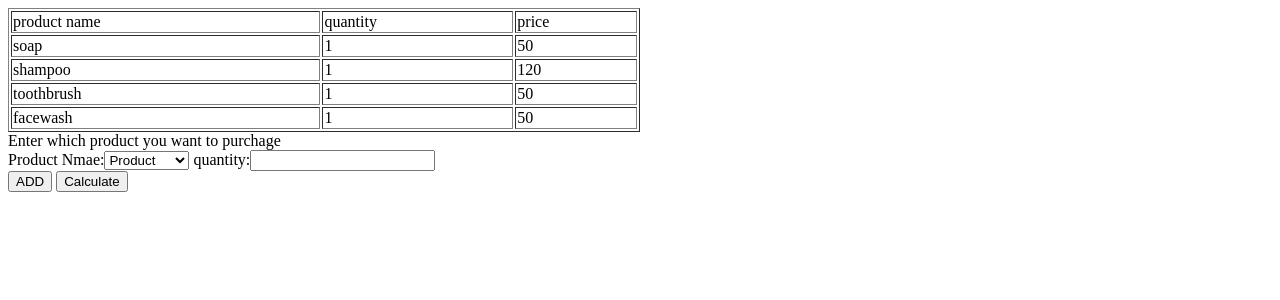
Repository: suryapattnayak/javascript
Page: Invoice/WebContent/product.html
These files come from the project's save history. The page is drawn as it stood at one moment and after the next save; the edit follows.
The browser window is 1280 px wide. The pictures show the whole page.

Above is the page before, as saved 2019-09-07 08:42:31.

After the next save:
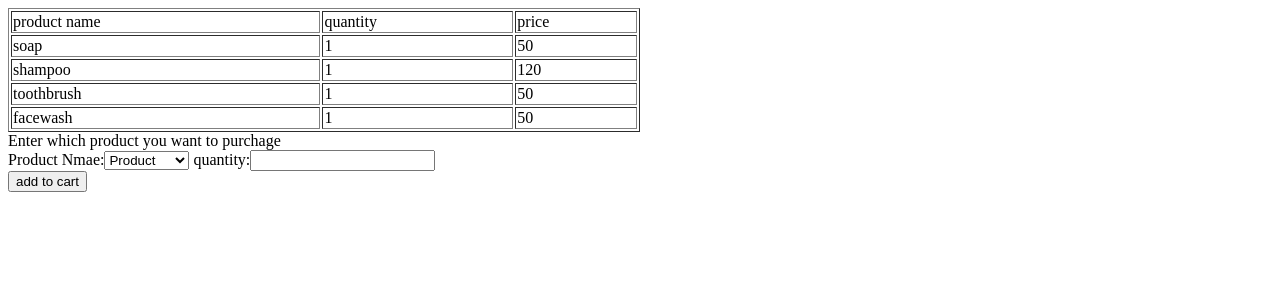
Saved 2 min 43 s later.
--- a/Invoice/WebContent/product.html
+++ b/Invoice/WebContent/product.html
@@ -17,15 +17,14 @@ Enter which product you want to purchage
 
 <form action="CalculatorService" method="post">
 Product Nmae:<select>
-  <option value="prname">Product</option>
+  <option value="praname">Product</option>
   <option value="prname">soap</option>
   <option value="prname">shampoo</option>
   <option value="prname">toothbrush</option>
   <option value="prname">facewash</option>
 </select>
 quantity:<input type="text" name="qty" value=""><br>
-<input type="submit" name="AddtoCart" value="ADD">
-<input type="submit" name="Calc" value="Calculate">
+<input type="submit" name="AddtoCart" value="add to cart">
 </form>
 </body>
 </html>
